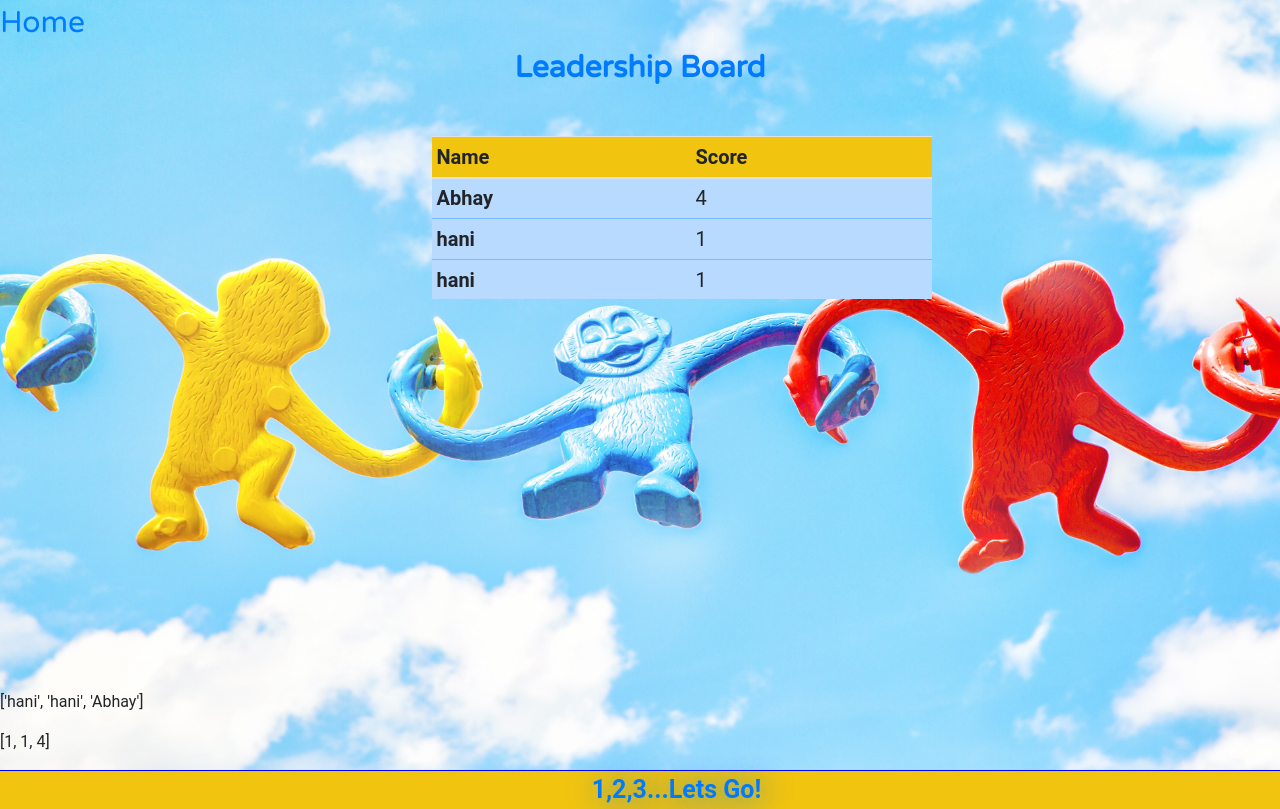
Repository: hanihassan1/Riddle-Game
Page: http://localhost/leadership
The author's editor kept a record of every edit. The page is drawn from the files as they stood at one moment, then again after a run of edits.
The browser window is 1280 px wide. The pictures show the whole page.
Some web fonts or font styles are not loaded; a fallback is used. The page is served by the project's application, run on Flask 3 (run.py).

Above is the page before.

### user_scores.txt
Abhay
4
hani
1
hani
1

### templates/leadership.html
{% extends 'base.html' %}
{% block head %}
<script src="{{ url_for('static', filename='main.js')  }}"></script>

{% endblock %}
{% block content %}

<div class="container-flud">
  <div class="row no-gutters">

    <div class="col-sm-4 lead-homebt"><a href="https://9756ebca0b6a461ca3515f5d51d978ee.vfs.cloud9.us-east-1.amazonaws.com">Home</a></div>
    <div class="col-sm-4">
      <h2 class="lead-head">Leadership Board</h2>
    </div>
    <div class="col-sm-4"></div>
  </div>
</div>

<div class="container-fluid">
  <div class="row no-gutters lead-backg">
     <div class="col-sm-4"></div>
      <div class="col-sm-4">
    <table class="table table-sm" style="background-color:#F1C40F;">
      <thead>
        <tr>
          <th scope="col">Name</th>
          <th scope="col">Score</th>
        </tr>
      </thead>
      <tbody>
        {% for i in range(0, username|length)|reverse %}
        <tr class="table-primary">
          <th scope="row">{{username[i]}}</th>
          <td>{{score[i]}}</td>


        {% endfor %}
        </tr>
      </tbody>
    </table>
    </div>
 <div class="col-sm-4"></div>
  </div>
</div>
<p>{{username}}</p>
<p>{{score}}</p>



{% endblock %}

### templates/base.html
<!DOCTYPE html>
<html lang="en">

<head>
    <meta charset="UTF-8">
    <meta name="viewport" content="width=device-width, initial-scale=1.0">
    <meta http-equiv="X-UA-Compatible" content="ie=edge">
    <meta name="description" content="">
    <meta name="author" content="">

    <title>{{title}}</title>
    <link rel="stylesheet" href="https://stackpath.bootstrapcdn.com/bootstrap/4.3.1/css/bootstrap.min.css" integrity="sha384-ggOyR0iXCbMQv3Xipma34MD+dH/1fQ784/j6cY/iJTQUOhcWr7x9JvoRxT2MZw1T" crossorigin="anonymous">
    <script src="https://code.jquery.com/jquery-3.3.1.slim.min.js" integrity="sha384-q8i/X+965DzO0rT7abK41JStQIAqVgRVzpbzo5smXKp4YfRvH+8abtTE1Pi6jizo" crossorigin="anonymous"></script>
    <script src="https://cdnjs.cloudflare.com/ajax/libs/popper.js/1.14.7/umd/popper.min.js" integrity="sha384-UO2eT0CpHqdSJQ6hJty5KVphtPhzWj9WO1clHTMGa3JDZwrnQq4sF86dIHNDz0W1" crossorigin="anonymous"></script>
    <script src="https://stackpath.bootstrapcdn.com/bootstrap/4.3.1/js/bootstrap.min.js" integrity="sha384-JjSmVgyd0p3pXB1rRibZUAYoIIy6OrQ6VrjIEaFf/nJGzIxFDsf4x0xIM+B07jRM" crossorigin="anonymous"></script>
    <link href="{{ url_for('static', filename='css/style.css')  }}" rel="stylesheet" type="text/css">
    <link rel="stylesheet" href="https://cdnjs.cloudflare.com/ajax/libs/hover.css/2.3.1/css/hover.css" />
    {% block head %} {% endblock %}
</head>

<body>


        {% block content %} {% endblock %}





    <footer>
        <div class="container-fluid">
            <div class="row foot-edit">
                <div class="col-md-4"></div>
                <div class="col-md-4"><strong><a class="footer-name" href="{{url_for('index') }}">1,2,3...Lets Go!</a></strong></div>
                <div class="col-md-4"></div>
            </div>
        </div>
    </footer>

    <script src="{{ url_for('static', filename='main.js')  }}"></script>
</body>

</html>

### run.py
import os
from flask import Flask,render_template, request, flash, jsonify
import json
import random
import numpy



app = Flask(__name__)
app.secret_key = "its_secure"

@app.route('/', methods=["GET", "POST"])
def index():
     if request.method=="POST":
        print(request.form)
        file= open("user_info.txt", "a")
        file.write("Name:{},Age:{},Grade:{}\n"
                  .format(request.form['name'],request.form['age'],
                  request.form['grade']))
        file.close()
        flash(" Hello {}, Welcome! Let's get started. Choose a grade."
        .format(request.form['name']))
     return render_template("index.html", title = "Home Page")



@app.route('/jk_sk/', methods=["GET", "POST"])
def jk_sk_ans():
    args = request.args
    username = args['username']
    return render_template("jk_sk.html", user=username)


@app.route('/get_score/api/v1/', methods=["GET", "POST"])
def user_score():
    my_arg = request.args
    post_name = my_arg['name']
    post_score = my_arg['score']
    file_score = open("user_scores.txt", "a")
    file_score.write(post_name + "\n" + post_score + "\n")
    file_score.close()

    return jsonify("true")



@app.route('/checkans/api/v1/', methods=['GET'])
def que_ans():
    my_arg = request.args
    check_ques = my_arg['question']
    check_ans = my_arg['answer']
    check_category = my_arg['category']
    if check_category == "jk_sk":
        file_name = "data/jk_sk.json"
    if check_category == "1-2":
        file_name = "data/one_two.json"
    if check_category == "3-4":
        file_name = "data/three_four.json"
    if check_category == "5":
        file_name = "data/five.json"
    print(file_name, check_category)
    file = open(file_name, "r")
    file_data = file.read()
    file_data = json.loads(file_data)
    print(file_data)
    for items in file_data:
        if (items['question'].rstrip() == check_ques.rstrip().replace('"', '')):
            if items['answer'] == check_ans:
                return jsonify(True)
            else:
                return jsonify(False)

@app.route('/get_question/api/v1/', methods=['GET'])
def get_question():
    my_arg = request.args
    check_ans = my_arg['category']
    if check_ans == "jk_sk":
        file_name = "data/jk_sk.json"
    if check_ans == "1-2":
        file_name = "data/one_two.json"
    if check_ans == "3-4":
        file_name = "data/three_four.json"
    if check_ans == "5":
        file_name = "data/five.json"
    file = open(file_name, "r")
    all_questions = json.loads(file.read())
    random_number = random.randint(0, len(all_questions) - 1)
    ask_question = all_questions[random_number]["question"]
    return jsonify(ask_question)


@app.route('/leadership')
def leadership():
    file = open("user_scores.txt", "r")
    score_data = file.readlines()
    username = []
    score = []
    final_user_list = []
    file.close()
    for i in range(0, len(score_data)):
        if i % 2 == 0:
            username.append(score_data[i].replace('\n',''))
        else:
            score.append(int(score_data[i].replace('\n','')))
    score_index_before_sort = numpy.argsort(score)
    for index in score_index_before_sort:
        final_user_list.append(username[index])
    score = sorted(score)
    if len(score) > 10:
        score = score[-10:]
        final_user_list = final_user_list[-10:]
    return render_template("leadership.html", title = "Leadership Board Page", username =final_user_list , score = score)



@app.route('/jk_sk')
def jk_sk():
    return render_template("jk_sk.html", title = "Jk/Sk Page")


@app.route('/one_two')
def one_two():
    return render_template("one_two.html", title = "Grades: 1 / 2 Page")

@app.route('/three_four')
def three_four():
    return render_template("three_four.html", title = "Grades: 3 / 4 Page")

@app.route('/five')
def five():
    return render_template("five.html", title = "Grade: 5  Page")


@app.route('/check_answer/', methods=["GET"])
def check_answer():
    my_arg = request.args
    question = my_arg['question']
    answers = my_arg['answer']
    answer_return = ""
    with open("data/jk_sk.json", 'r') as file1:
        answer_file = json.load(file1)
    for answer in answer_file:
        print(answer)
        if answer['question'] == question:
            if answer['answer'] == answers:
                answer_return = "True"
            else:
                answer_return = "False"
    return jsonify({'result':answer_return})


if __name__ == '__main__':
    app.run(host=os.environ.get('IP'),
    port=int(os.environ.get('PORT')),
    debug=False)

### static/css/style.css
/*--------------------------------------------fonts*/
@import url('https://fonts.googleapis.com/css?family=Varela+Round:100,200,300,400,500,600,700|EXO:100,200,300,400,500,600,700');
@import url('https://fonts.googleapis.com/css?family=Cantarell:700i:100,200,300,400,500,600,700|EXO:100,200,300,400,500,600,700');
/*--------------------------------------------body & html styles*/
body {
    font-family: 'Varela Round', sans-serif;
    height: 100vh;
    background-image: url(../images/park-troopers-RAtKWVlfdf4-unsplash.jpg);
    background-position: center;
    background-repeat: no-repeat;
    background-size: cover;
    font-family: 'Roboto', sans-serif;
    padding: 0;
    margin: 0;

}

.hide {
    display: none !important;
}


a {
    text-decoration: none !important;
}

html {
 scroll-behavior: smooth;
}


small {
  font-size: 12px;
  color: rgba(0, 0, 0, 0.4);
}

h1 {
  text-align: center;
  padding: 50px 0;
  font-weight: 800;
  margin: 0;
  letter-spacing: -1px;
  color: inherit;
  font-size: 40px;
}



h2 {
  text-align: center;
  font-size: 30px;
  margin: 0;
  font-weight: 300;
  color: inherit;
  padding: 50px;
}

.center {
  text-align: center;
}



section {
  height: 100vh;
}

/*--------------------------------------------index--form &logo*/
#logoOne  {
  border-radius: 15%;
  opacity: .6;
}

.game_name {
  text-align:center;
     padding-bottom: 25px;

}

.signin  {
  color:#007bff;

}


/*--------------------------------------------nav & Question card*/

@media only screen and (max-width: 480px) {
    body {
          max-width: 480px;
    }
    .card_row   {
          font-size:14px!important;
    }
}

.active {
  background-color:#F1C40F;
}


nav {
  width: 80%;
  margin: 0 auto;
  background: #fff;
  padding: 50px 0;
  box-shadow: 0px 5px 0px #dedede;
}

nav ul {
  list-style: none;
  text-align: center;
}
nav ul li {
  display: inline-block;
}
nav ul li a {
  display: block;
  padding: 15px;
  text-decoration: none;
  color: #aaa;
  font-weight: 800;
  text-transform: uppercase;
  margin: 0 10px;
}
nav ul li a,
nav ul li a:after,
nav ul li a:before {
  transition: all .5s;
}
nav ul li a:hover {
  color: #555;
}

nav.shift ul li a {
  position:relative;
  z-index: 1;
}
nav.shift ul li a:hover {
  color: #91640F;
}
nav.shift ul li a:after {
  display: block;
  position: absolute;
  top: 0;
  left: 0;
  bottom: 0;
  right: 0;
  margin: auto;
  width: 100%;
  height: 1px;
  content: '.';
  color: transparent;
  background: #F1C40F;
  visibility: none;
  opacity: 0;
  z-index: -1;
}
nav.shift ul li a:hover:after {
  opacity: 1;
  visibility: visible;
  height: 100%;
}

#nav_catog  {
  background: #f1c40f;
  color: rgba(0, 0, 0, 0.5);

}

#sendMessageButton1     {
    opacity: 9;
     background-color: #A9A9A9;
    border-radius: 10%;
    color: #484848;
}
.sect  {
      height: 96vh;

}
.form-edit  {
  padding-top:20px;

}


.form-control {

     width: 68%!important;

}
.btn {
 margin-top:10px;
}
.form-edit {
  height:75%;
   padding-top: 32px;

}


/*--------------------------------------------nav & Question card*/

@media only screen and (max-width: 768px) {
    body {
          max-width: 768px;
    }
    .foot-edit {
          display: none
    }
}


.footer-name {
  text-align:center;
  padding-left:150px;
  font-size:25px;
  text-shadow: 2px 2px 30px #007bff;

}


.foot-edit  {
  border-top:1px solid blue;
  background: #F1C40F
}

/*--------------------------------------------Leadership page*/

.lead-head  {
  text-align:center;
  font-size:30px;
   color:#007bff;
   font-weight: 700;
   font-family: 'Varela Round', sans-serif
}

.lead-backg {
     height: 77vh;
}


.table {
  width: 500px;
  padding-right: 10%;
  font-size:20px;
}

.lead-homebt {
 font-size:30px;
 padding-bottom:50px;
 color: #F1C40F!important;
 font-family: 'Varela Round', sans-serif
}

.fas  {
  color:gold!important;
  font-size:40px;
}

### static/main.js
$("#incorrect").on("click", function() {
    // $(".prog-result").html("");
    $('#incorrect').trigger('focus')
    $("ul").html("");
    $("#progress").addClass("hide");
    totaLtime = 0;
});

function save_name(){
    username = $("#name").val();
    localStorage.setItem("username", username)
}


var inputs = $("form#contactForm input, form#contactForm textarea");

var validateInputs = function validateInputs(inputs) {
  var validForm = true;
  inputs.each(function(index) {
    var input = $(this);
    if (!input.val() || (input.type === "grade" && !input.is(':checked'))) {
      $("#sendMessageButton1").attr("disabled", "disabled");
      validForm = false;
    }
  });
  return validForm;
}


inputs.each(function() {
  var input = $(this);
  if (input.type === "grade") {
    input.change(function() {
      if (validateInputs(inputs)) {
        $("#sendMessageButton1").removeAttr("disabled");
      }
    });
  } else {
    input.keyup(function() {
      if (validateInputs(inputs)) {
        $("#sendMessageButton1").removeAttr("disabled");
      }
    });
  }
});





















// function req_data(answers) {
//   var xhttp = new XMLHttpRequest();
//   xhttp.onreadystatechange = function() {
//     if (this.readyState == 4 && this.status == 200) {
//       document.getElementById("answer").innerHTML = this.responseText;
//       myResponse = JSON.parse(this.responseText);
//         if ((myResponse.results) == True) {
//     }
//     else {
//       return false
//     }
//   };
//   xhttp.open("GET", "{{url_for('get_question') }}" + "?question=" + "answers" + answers  , true);
//   xhttp.send();
// }
// }


// $("#answerId").on("click", function() {

//     req_data($("#answer_box").val());

// });

After the next 3 edits:
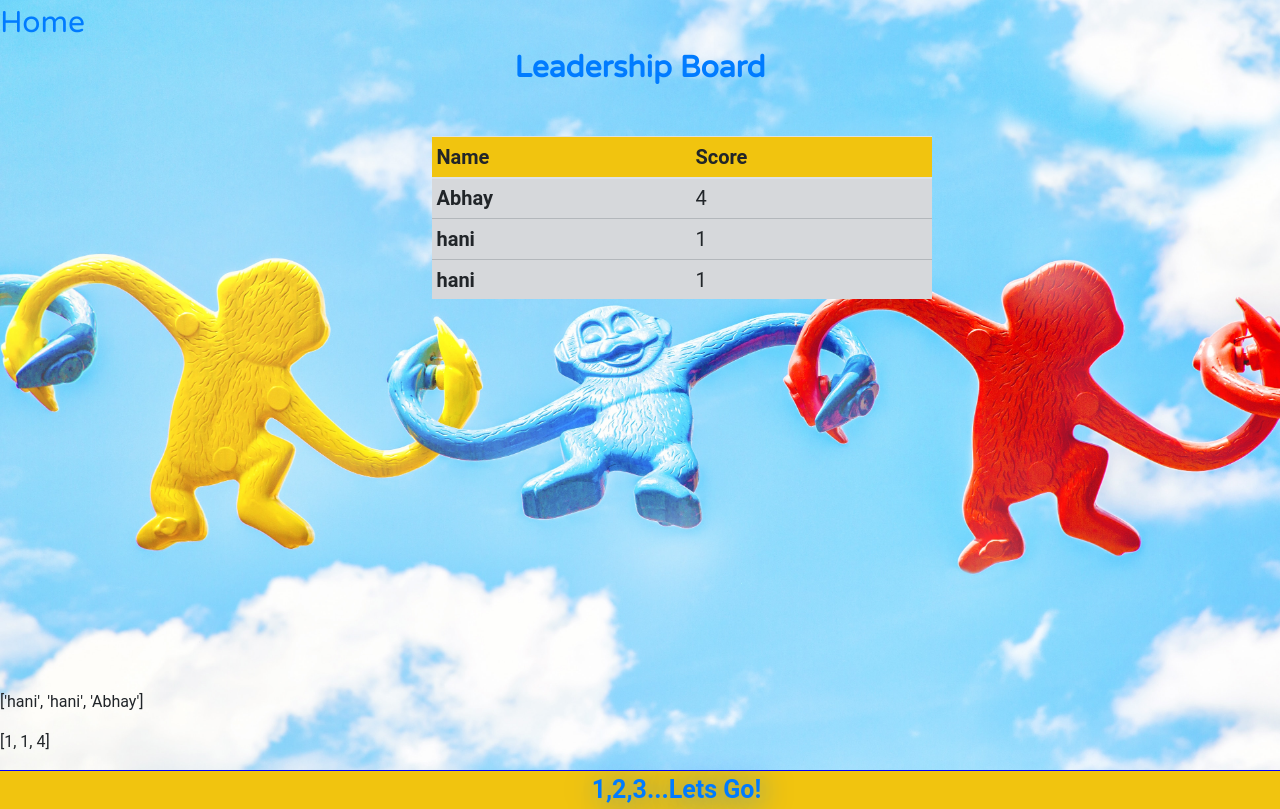
The 3 edits are shown as one change because 2 did not build or start.
The edit:
--- a/templates/leadership.html
+++ b/templates/leadership.html
@@ -29,11 +29,15 @@
       </thead>
       <tbody>
         {% for i in range(0, username|length)|reverse %}
+        {% if i == username|length %}
         <tr class="table-primary">
           <th scope="row">{{username[i]}}</th>
           <td>{{score[i]}}</td>
-
-
+          {% else %}
+          <tr class="table-secondary">
+          <th scope="row">{{username[i]}}</th>
+          <td>{{score[i]}}</td>
+          {% endif %}
         {% endfor %}
         </tr>
       </tbody>
